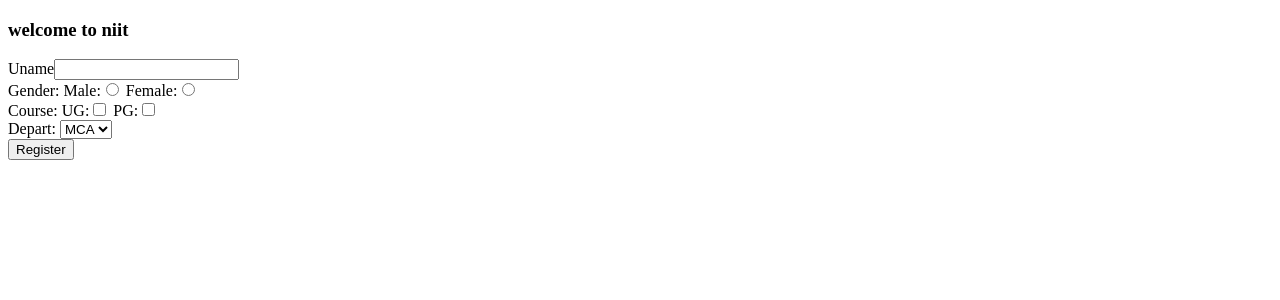
Repository: Karthi-Mano/AdvanceJavaPrograms
Page: BasicHtml/WebContent/RegisterPage.html
The author's editor kept a copy of each file at every save. The page is drawn from the files as they stood at one save, then again after the next save.
The browser window is 1280 px wide. The pictures show the whole page.

Above is the page before, as saved 2017-09-23 05:50:30.

### BasicHtml/WebContent/RegisterPage.html
<!DOCTYPE html>
<html>
<head>
<meta charset="ISO-8859-1">
<title>Insert title here</title>
</head>
<body>
<form>
<h3>welcome to niit</h3>
Uname<input type="text"><br>
Gender:
Male:<input type="radio" name="gen">
Female:<input type="radio" name="gen"><br>
Course:
UG:<input type="checkbox">
PG:<input type="checkbox"><br>
Depart:
<select name="course">
<option value="MCA">MCA</option>
<option value="MBA">MBA</option>
</select><br>
<input type="submit" value="Register">
</form>
</body>
</html>

After the next save:
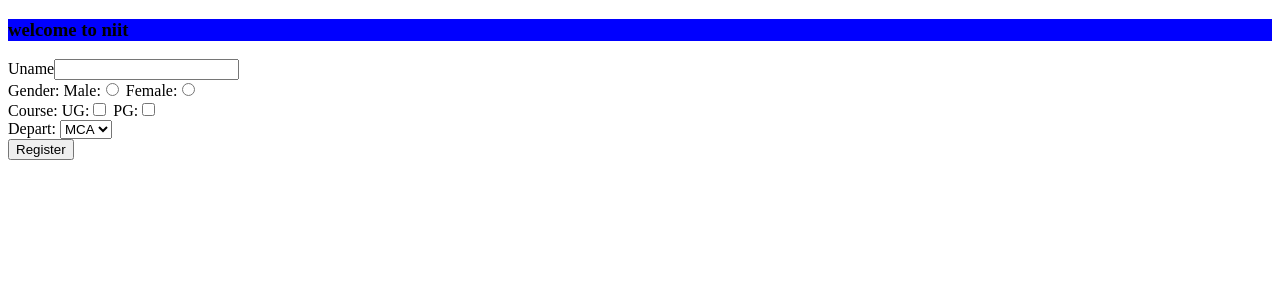
Saved 13 s later.
--- a/BasicHtml/WebContent/RegisterPage.html
+++ b/BasicHtml/WebContent/RegisterPage.html
@@ -6,7 +6,7 @@
 </head>
 <body>
 <form>
-<h3>welcome to niit</h3>
+<h3 style="background-color: blue;">welcome to niit</h3>
 Uname<input type="text"><br>
 Gender:
 Male:<input type="radio" name="gen">
